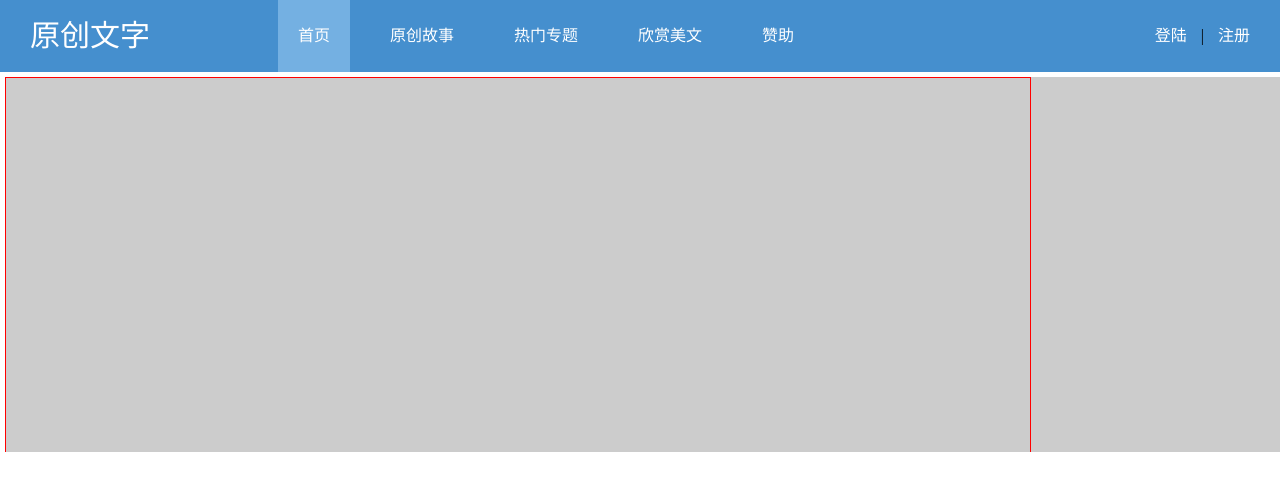
Repository: equation-zheng/Article
Page: http://localhost/Idles/index.jsp
An editor plug-in stored every save of this project. The page is shown before and after the next save, followed by the edit.
The browser window is 1280 px wide. The pictures show the whole page.
The page is served by Tomcat 9.

Above is the page before, as saved 2017-12-06 02:06:33.

After the next save:
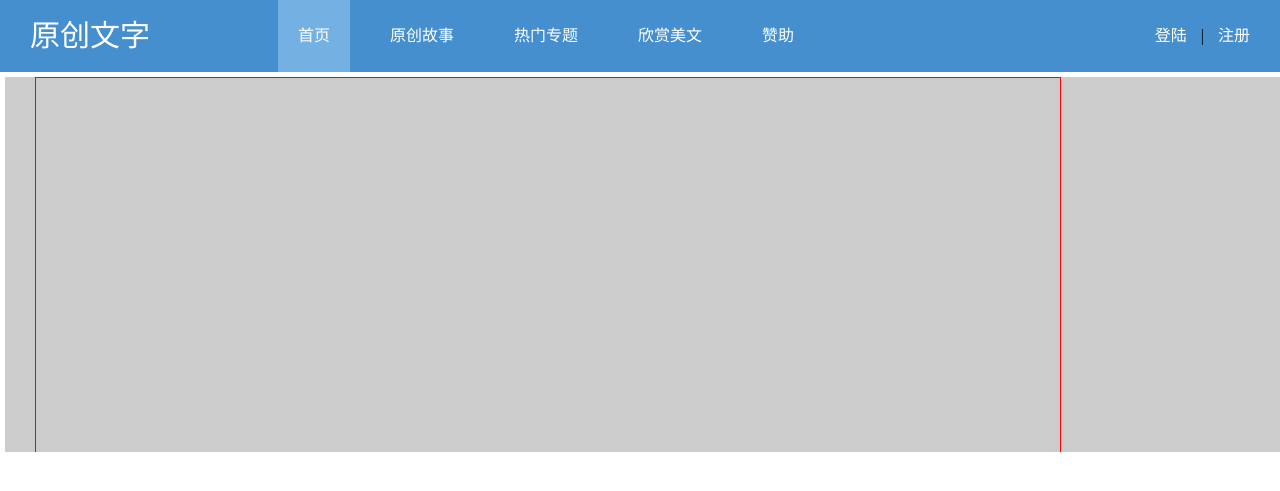
Saved 89 s later.
--- a/Service/apache-tomcat-7.0.82/Idles/WebContent/index.jsp
+++ b/Service/apache-tomcat-7.0.82/Idles/WebContent/index.jsp
@@ -74,6 +74,7 @@
 		height: 380px;
 		width: 1024px;
 		border: solid 1px red;
+		margin-left: 30px;
 	}
 </style>
 <body>
